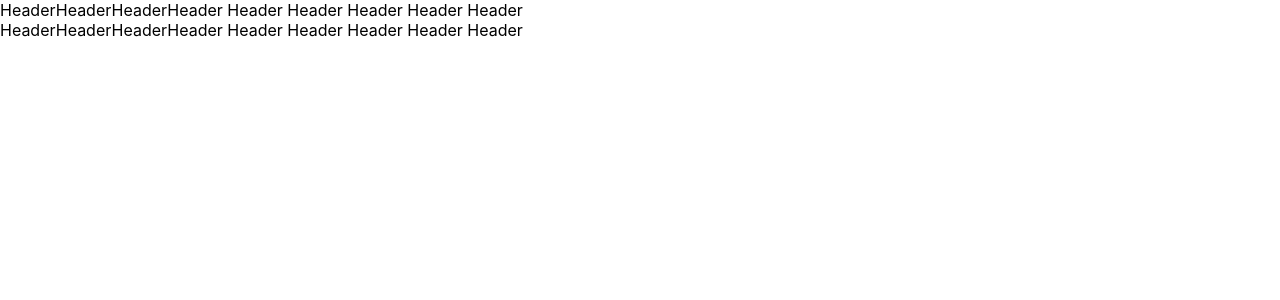
Repository: MiroslavWise/church-new
Page: /
The author's editor kept a copy of each file at every save. The page is drawn from the files as they stood at one save, then again after a run of saves.
The browser window is 1280 px wide. The pictures show the whole page.
The project was rebuilt for these pictures with package versions that can differ from the ones it lists, and the page was loaded fresh each time.

Above is the page before, as saved 2022-08-26 15:32:09.

### src/index.js
import ReactDOM from 'react-dom/client';
import './index.scss';
import App from './App';

const root = ReactDOM.createRoot(document.getElementById('root'));
root.render(
    <App />
)

### src/index.scss
$color-prime: #ff00ff;

body {
  margin: 0;
  font-family: -apple-system, BlinkMacSystemFont, 'Segoe UI', 'Roboto', 'Oxygen',
    'Ubuntu', 'Cantarell', 'Fira Sans', 'Droid Sans', 'Helvetica Neue',
    sans-serif;
  -webkit-font-smoothing: antialiased;
  -moz-osx-font-smoothing: grayscale;
}

code {
  font-family: source-code-pro, Menlo, Monaco, Consolas, 'Courier New',
    monospace;
}

### src/App.jsx
import {Header} from './page/Header'

function App() {
  return (
    <>
    <Header />
    <Header />
    </>
  )
}

export default App;

### src/page/Header.jsx
const Header = () => {

        return(
                <div>
                        HeaderHeaderHeaderHeader
                        Header

                        Header
                        Header
                        Header
                        Header
                </div>
        )
}

export {Header}

Loaded but not shown: public/index.html (common file)

After the next 2 saves:
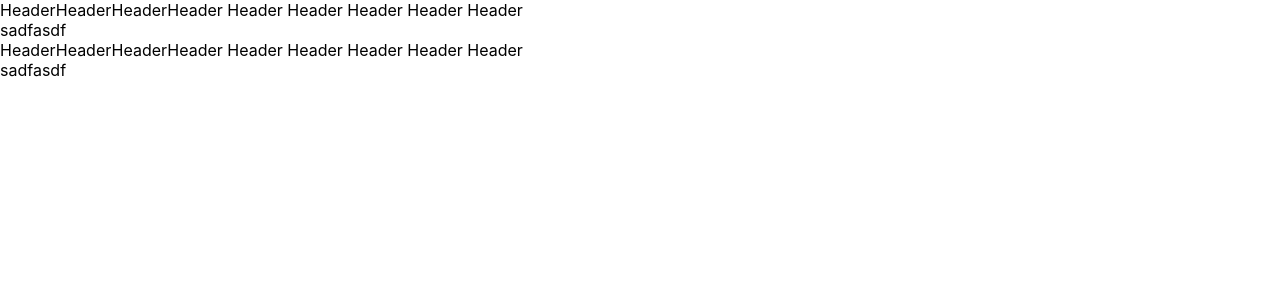
The 2 saves are shown as one change because they came seconds apart.
The last was saved 77 s later.
--- a/src/page/Header.jsx
+++ b/src/page/Header.jsx
@@ -1,7 +1,9 @@
+const Sdfasdf = ( ) => <div> sadfasdf   </div>
+
 const Header = () => {
 
         return(
-                <div>
+                <div >
                         HeaderHeaderHeaderHeader
                         Header
 
@@ -9,6 +11,8 @@ const Header = () => {
                         Header
                         Header
                         Header
+
+                        <Sdfasdf />
                 </div>
         )
 }
